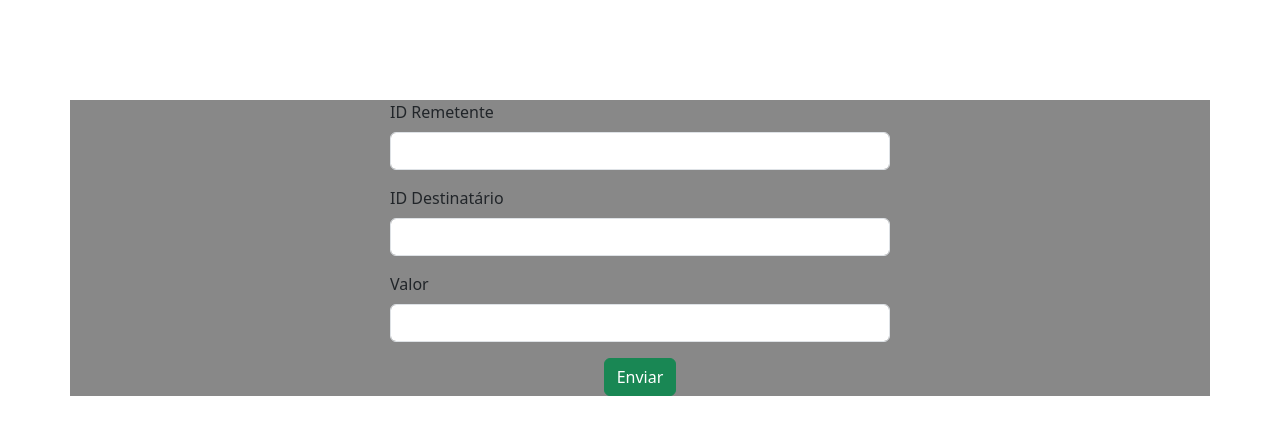
Repository: mateusilva8/tarefa-pix
Page: frontend/pix.html
An editor plug-in stored every save of this project. The page is shown before and after the next save, followed by the edit.
The browser window is 1280 px wide. The pictures show the whole page.

Above is the page before, as saved 2023-10-22 13:49:17.

### frontend/pix.html
<!DOCTYPE html>
<html lang="pt-BR">
<head>
  <meta charset="UTF-8">
  <meta name="viewport" content="width=device-width, initial-scale=1.0">
  <title>PIX</title>
  <link rel="preconnect" href="https://fonts.googleapis.com">
  <link rel="preconnect" href="https://fonts.gstatic.com" crossorigin>
  <link href="https://cdn.jsdelivr.net/npm/bootstrap@5.3.2/dist/css/bootstrap.min.css" rel="stylesheet" integrity="sha384-T3c6CoIi6uLrA9TneNEoa7RxnatzjcDSCmG1MXxSR1GAsXEV/Dwwykc2MPK8M2HN" crossorigin="anonymous">
  <link href="https://fonts.googleapis.com/css2?family=Inter:wght@400;700&display=swap" rel="stylesheet">
  <link rel="stylesheet" href="./css/pix.css">
</head>
<body>
    <div class="container">
        <div class="formulario">
            <form id="form">
                <div class="mb-3">
                  <label for="idRemetente" class="form-label">ID Remetente</label>
                  <input type="number" class="form-control" id="idRemetente">
                </div>
                <div class="mb-3">
                  <label for="idDestinatario" class="form-label">ID Destinatário</label>
                  <input type="number" class="form-control" id="idDestinatario">
                </div>
                <div class="mb-3">
                  <label for="valor" class="form-label">Valor</label>
                  <input type="number" class="form-control" id="valor">
                </div>
                <button type="button" class="btn btn-success" id="botaoEnviar">Enviar</button>
              </form>
        </div>
    </div>



  <script src="https://code.jquery.com/jquery-3.3.1.slim.min.js" integrity="sha384-q8i/X+965DzO0rT7abK41JStQIAqVgRVzpbzo5smXKp4YfRvH+8abtTE1Pi6jizo" crossorigin="anonymous"></script>
  <script src="https://cdnjs.cloudflare.com/ajax/libs/popper.js/1.14.3/umd/popper.min.js" integrity="sha384-ZMP7rVo3mIykV+2+9J3UJ46jBk0WLaUAdn689aCwoqbBJiSnjAK/l8WvCWPIPm49" crossorigin="anonymous"></script>
  <script src="https://stackpath.bootstrapcdn.com/bootstrap/4.1.3/js/bootstrap.min.js" integrity="sha384-ChfqqxuZUCnJSK3+MXmPNIyE6ZbWh2IMqE241rYiqJxyMiZ6OW/JmZQ5stwEULTy" crossorigin="anonymous"></script>
  <script src="./js/pix.js"></script>
</body>
</html>

### frontend/css/pix.css
.container {
    background-color: rgb(136, 136, 136);
}

.formulario {
    margin-top: 100px;
    width: 100%;
    display: flex;
    flex-direction: column;
    align-items: center;
}

.formulario form {
    width: 500px;
    display: flex;
    flex-direction: column;
    align-items: center;
}

.mb-3 {
    width: 100%;
}

### frontend/js/pix.js
let idRemetente = document.getElementById('idRemetente');
let idDestinatario = document.getElementById('idDestinatario');
let valor = document.getElementById('valor')


async function realizarPix () {
    let payload = {
        senderId: idRemetente.value,
        recipientId: idDestinatario.value,
        value: valor.value,
      };

      let resposta = await fetch(`http://localhost:3000/pix-api/pix`, {
        method: 'POST',
        headers: {
            "Content-type" : 'application/json',
            "Acccept": 'appplication/json'
        },
        body: JSON.stringify(payload)
      });

      let mensagem = await resposta.json()

      if (mensagem.mensagem) {
          console.log(mensagem);
          alert(mensagem.mensagem);
      }else {
        console.log(mensagem);
        if (mensagem.error == 'The attribute "value" is required.')
        alert('Digite um valor válido');
        if (mensagem.error == 'The attribute "senderId" is required.')
        alert('Informe o ID do remetente');
        if (mensagem.error == 'The attribute "recipientId" is required.')
        alert('Informe o ID do destinatário');
      }

}

let botaoPix = document.getElementById('botaoEnviar');
  botaoPix.addEventListener('click', () => {
    realizarPix();
  })

After the next save:
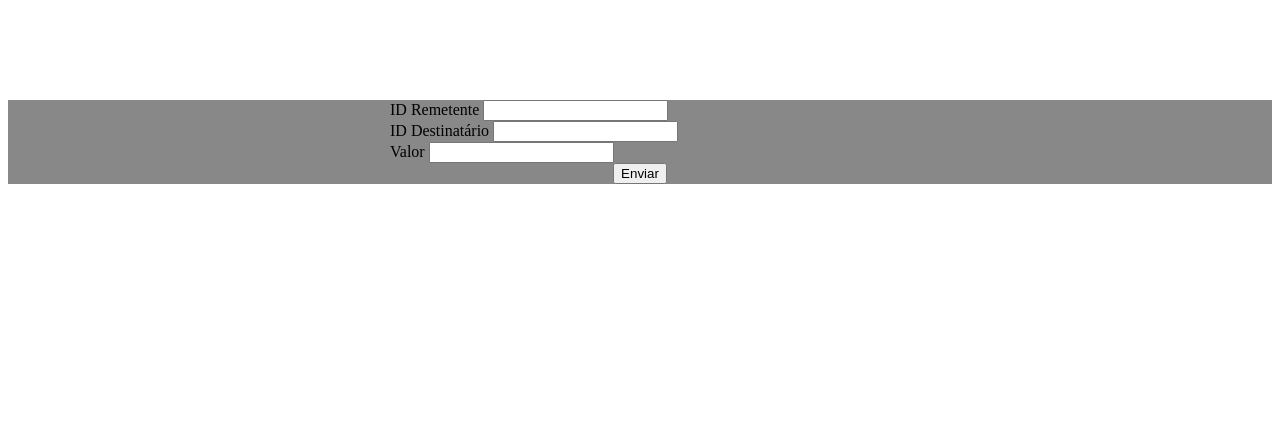
Saved 21 s later.
--- a/frontend/pix.html
+++ b/frontend/pix.html
@@ -6,7 +6,6 @@
   <title>PIX</title>
   <link rel="preconnect" href="https://fonts.googleapis.com">
   <link rel="preconnect" href="https://fonts.gstatic.com" crossorigin>
-  <link href="https://cdn.jsdelivr.net/npm/bootstrap@5.3.2/dist/css/bootstrap.min.css" rel="stylesheet" integrity="sha384-T3c6CoIi6uLrA9TneNEoa7RxnatzjcDSCmG1MXxSR1GAsXEV/Dwwykc2MPK8M2HN" crossorigin="anonymous">
   <link href="https://fonts.googleapis.com/css2?family=Inter:wght@400;700&display=swap" rel="stylesheet">
   <link rel="stylesheet" href="./css/pix.css">
 </head>
@@ -35,7 +34,6 @@
 
   <script src="https://code.jquery.com/jquery-3.3.1.slim.min.js" integrity="sha384-q8i/X+965DzO0rT7abK41JStQIAqVgRVzpbzo5smXKp4YfRvH+8abtTE1Pi6jizo" crossorigin="anonymous"></script>
   <script src="https://cdnjs.cloudflare.com/ajax/libs/popper.js/1.14.3/umd/popper.min.js" integrity="sha384-ZMP7rVo3mIykV+2+9J3UJ46jBk0WLaUAdn689aCwoqbBJiSnjAK/l8WvCWPIPm49" crossorigin="anonymous"></script>
-  <script src="https://stackpath.bootstrapcdn.com/bootstrap/4.1.3/js/bootstrap.min.js" integrity="sha384-ChfqqxuZUCnJSK3+MXmPNIyE6ZbWh2IMqE241rYiqJxyMiZ6OW/JmZQ5stwEULTy" crossorigin="anonymous"></script>
   <script src="./js/pix.js"></script>
 </body>
 </html>
